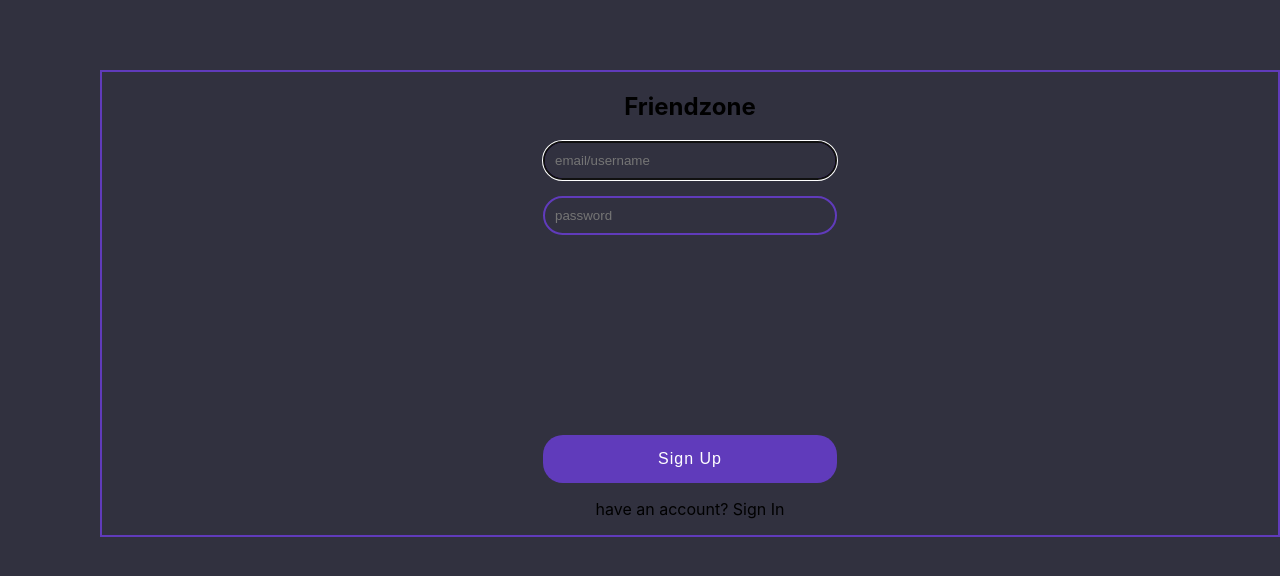
Repository: DerickT02/friend-zone
Page: /
An editor plug-in stored every save of this project. The page is shown before and after the next save, followed by the edit.
The browser window is 1280 px wide. The pictures show the whole page.
The project was rebuilt for these pictures with package versions that can differ from the ones it lists, and the page was loaded fresh each time. Also part of the build but not shown: src/Appreducer.js, src/GlobalState.js, src/Post.js, src/Homepage.js, src/fire.js.

Above is the page before, as saved 2021-07-07 07:53:44.

### src/index.js
import React from 'react';
import ReactDOM from 'react-dom';
import './index.css';
import App from './App';


ReactDOM.render(

    <App />,
  document.getElementById('root')
);

// If you want to start measuring performance in your app, pass a function
// to log results (for example: reportWebVitals(console.log))
// or send to an analytics endpoint. Learn more: https://bit.ly/CRA-vitals

### src/index.css
body {
  margin: 0;
  font-family: -apple-system, BlinkMacSystemFont, 'Segoe UI', 'Roboto', 'Oxygen',
    'Ubuntu', 'Cantarell', 'Fira Sans', 'Droid Sans', 'Helvetica Neue',
    sans-serif;
  -webkit-font-smoothing: antialiased;
  -moz-osx-font-smoothing: grayscale;
  background-color: rgb(49, 49, 63);

}

code {
  font-family: source-code-pro, Menlo, Monaco, Consolas, 'Courier New',
    monospace;
}

### src/App.js
import React, { Component, useState, useEffect } from 'react'
import { BrowserRouter, Switch, Link, Route, Redirect, Router} from 'react-router-dom'
import Login from './Login'
import Homepage from './Homepage'
import './App.css'

import fire from './fire'
import GlobalProvider from './GlobalState'

function App() {
  const [user, setUser] = useState('')
  const [email, setEmail] = useState('')
  const [password, setPassword] = useState('')
  const [emailError, setEmailError] = useState('')
  const [passwordError, setPasswordError] = useState('')
  const [hasAccount, setHasAccount] = useState(false)

const clearInputs = () => {
  setEmail('')
  setPassword('')
}

const clearErrors = () => {
  setEmailError('');
  setPasswordError('')
}

const handleLogin = () => {
  clearErrors()
  fire
  .auth()
  .signInWithEmailAndPassword(email, password)
  .catch(err => {
      switch(err.code){
          case 'auth/invalid-email':
          case 'auth/user-disabled':
          case 'auth/user-not-found':
              setEmailError(err.message)
              break;
          case 'auth/wrong-password':
              setPasswordError(err.message)
              break
      }
  })
}

const handleSignup = () => {
  clearErrors()
  fire
  .auth()
  .createUserWithEmailAndPassword(email, password)
  .catch(err => {
      switch(err.code){
          case 'auth/email-already-in-use':
          case 'auth/invalid-email':
          setEmailError(err.message);
          break;

          case 'auth/weak-password':
          setPasswordError(err.message)
      }
  })
}

const handleLogout = () => {
  fire
  .auth()
  .signOut()
}

const authListener = () => {
  fire.auth().onAuthStateChanged((user) => {
    if(user){
      clearInputs()
      setUser(user)
    }
    else {
        setUser('')
    }
  })
}

useEffect(() => {
  authListener()
}, [])

  return (
    <div className="App">
    {user ? (
      <BrowserRouter>
      <GlobalProvider>
      <Switch>
        <Route exact path = '/'><Redirect to = "/homepage"/></Route>
        <Route exact path = '/homepage'><Homepage handleLogout = {handleLogout}/></Route>
      </Switch>
      </GlobalProvider>
     </BrowserRouter>
    ) : (

      <BrowserRouter>
      <Switch>
      <Route exact path = '/homepage'><Redirect to = "/" /></Route>
        <Route><Login email = {email}
            setEmail = {setEmail}
            password = {password}
            setPassword={setPassword}
            handleLogin={handleLogin}
            handleSignup={handleSignup}
            hasAccount={hasAccount}
            setHasAccount={setHasAccount}
            emailError={emailError}
            passwordError={passwordError} /></Route>
      </Switch>
      </BrowserRouter>
    )}

    </div>
  );
}

export default App;

### src/Login.js
import React, { Component, useState, useEffect } from 'react'
import './Login.css'
import {Link} from 'react-router-dom'

const Login = (props) => {
    const {email, setEmail, password, setPassword, handleLogin, handleSignup, hasAccount, setHasAccount, emailError, passwordError} = props
    return (
        <section className = "login">
        <div className="loginContainer" >

<h1>Friendzone</h1>


<input placeholder = 'email/username' type ="text" autoFocus required value = {email} onChange={(e) => setEmail(e.target.value)}/>
<p className ="errorMsg">{emailError}</p>

<input placeholder = 'password' type ="password" required value = {password} onChange={(e) => setPassword(e.target.value)} />
<p className = "errorMsg">{passwordError}</p>
<div className="btnContainer">

    {hasAccount ? (
        <div>
       <button type = "submit" onClick = {handleLogin}>Sign in</button>
        <p>Don't have an account? <span onClick ={() => setHasAccount(!hasAccount)}>Sign Up</span></p>
        </div>
    ):(
        <div>
        <button type = "submit" onClick={handleSignup}>Sign Up</button>
        <p>have an account? <span onClick = {() => setHasAccount(!hasAccount)}>Sign In</span></p>
        </div>
    )}

</div>
</div>
</section>





    )
}


export default Login

### src/Login.css
* {
  box-sizing: border-box;
}


.login .loginContainer {
  margin-top: 70px;
  margin-left: 100px;
  border: 2px solid #603bbb;
}

.login .loginContainer input {
  border: 2px solid #603bbb;
  width: 25%;
  padding: 10px;
  background-color: rgb(49, 49, 63);
  border-radius: 20px;
  color: white;
}




.btnContainer {
  margin-top: 200px;
}


.btnContainer button {
  border: none;
  border-radius: 20px;
  outline: none;
  width: 25%;
  padding: 15px 0;
  color: #fff;
  font-size: 16px;
  letter-spacing: 1px;
  background: #603bbb;
  cursor: pointer;
}

Loaded but not shown: public/index.html (common file); src/App.css (common file)

After the next save:
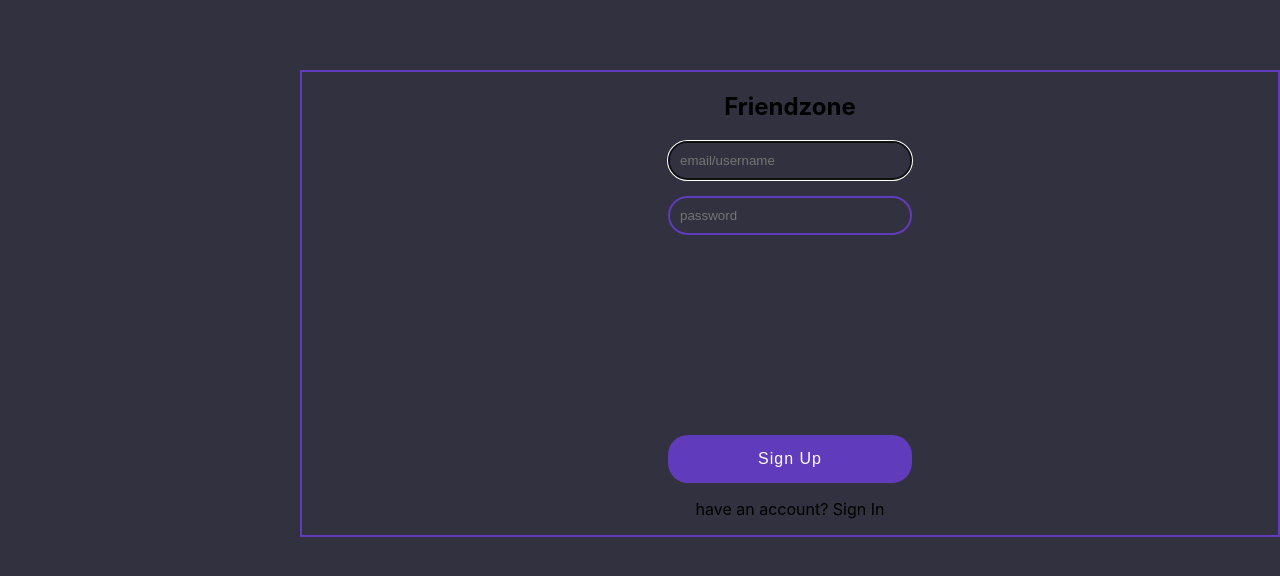
Saved 12 s later.
--- a/src/Login.css
+++ b/src/Login.css
@@ -5,7 +5,7 @@
 
 .login .loginContainer {
   margin-top: 70px;
-  margin-left: 100px;
+  margin-left: 300px;
   border: 2px solid #603bbb;
 }
 
